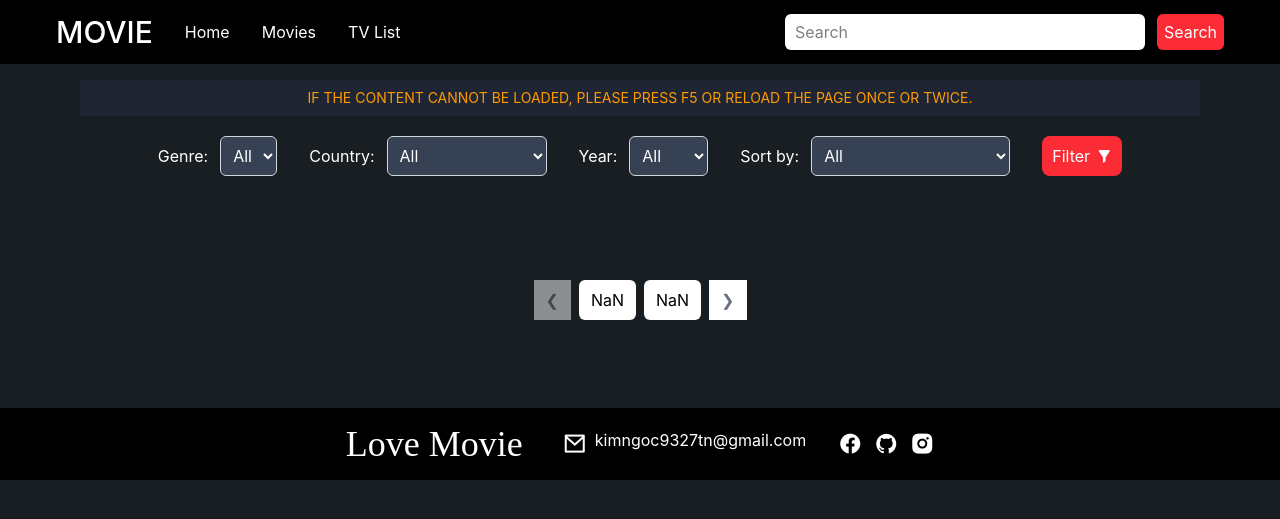
Repository: kimngoc9327/Love_Movie_Project
Page: /movieCategory
An editor plug-in stored every save of this project. The page is shown before and after the next save, followed by the edit.
The browser window is 1280 px wide. The pictures show the whole page.
The page's requests for data from a server got no answer. The project was rebuilt for these pictures with package versions that can differ from the ones it lists, and the page was loaded fresh each time. No one was signed in, and anything a server would have sent is missing. Also part of the build but not shown: vite.config.js, src/components/ui/VoteAverage.jsx, src/components/ui/MovieCard.jsx, src/components/ui/MovieList.jsx, src/components/ui/Banner.jsx, src/pages/Home.jsx, src/components/ui/PlayTrailerButton.jsx, src/utils/formatTime.jsx and 8 more.

Above is the page before, as saved 2025-03-30 00:14:23.

### index.html
<!DOCTYPE html>
<html lang="en">
  <head>
    <meta charset="UTF-8" />
    <link rel="icon" type="image/svg+xml" href="/love-movie-logo.ico" />
    <meta name="viewport" content="width=device-width, initial-scale=1.0" />
    <title>Love Movie</title>
  </head>
  <body>
    <div id="root"></div>
    <script type="module" src="/src/main.jsx"></script>
  </body>
</html>

### src/main.jsx
import { createRoot } from "react-dom/client";
import "./index.css";
import App from "./App.jsx";
import { store } from "./redux/store";
import { Provider } from "react-redux";
import { BrowserRouter } from "react-router-dom";
import ScrollToTop from "./components/ScrollToTop.jsx";

createRoot(document.getElementById("root")).render(
  <BrowserRouter>
    <ScrollToTop />
    <Provider store={store}>
      <App />
    </Provider>
  </BrowserRouter>
);

### src/index.css
@import "tailwindcss";
@import "remixicon/fonts/remixicon.css";

:root {
  font-family: Inter, system-ui, Avenir, Helvetica, Arial, sans-serif;
  background-color: #171c20fc;
}

/* a {
  font-weight: 500;
  color: #646cff;
  text-decoration: inherit;
}
a:hover {
  color: #535bf2;
}

body {
  margin: 0;
  display: flex;
  place-items: center;
  min-width: 320px;
  min-height: 100vh;
}

h1 {
  font-size: 3.2em;
  line-height: 1.1;
}

button {
  border-radius: 8px;
  border: 1px solid transparent;
  padding: 0.6em 1.2em;
  font-size: 1em;
  font-weight: 500;
  font-family: inherit;
  background-color: #1a1a1a;
  cursor: pointer;
  transition: border-color 0.25s;
}
button:hover {
  border-color: #646cff;
}
button:focus,
button:focus-visible {
  outline: 4px auto -webkit-focus-ring-color;
}

@media (prefers-color-scheme: light) {
  :root {
    color: #213547;
    background-color: #ffffff;
  }
  a:hover {
    color: #747bff;
  }
  button {
    background-color: #f9f9f9;
  }
} */

### src/App.jsx
import { Route, Routes } from "react-router-dom";
import publicRoutes from "./routes";
import DefaultLayout from "./components/layout/DefaultLayout";
import { Fragment } from "react";
function App() {
  return (
    <>
      <Routes>
        {publicRoutes.map((route, index) => {
          const Page = route.component;
          let Layout = DefaultLayout;
          if (route.layout) {
            Layout = route.layout;
          } else if (route.layout === null) {
            Layout = Fragment;
          }
          return (
            <Route
              key={index}
              path={route.path}
              element={
                <Layout>
                  <Page />
                </Layout>
              }
            />
          );
        })}
      </Routes>
    </>
  );
}

export default App;

### src/redux/store.jsx
import { createStore, applyMiddleware } from "redux";
import { rootReducer } from "./rootReducer";
import { thunk } from "redux-thunk";

const store = createStore(rootReducer, applyMiddleware(thunk));

export { store };

### src/components/ScrollToTop.jsx
import { useEffect } from "react";
import { useLocation } from "react-router-dom";

const ScrollToTop = () => {
  const { pathname, search } = useLocation(); // Lắng nghe cả pathname và search

  useEffect(() => {
    window.scrollTo({ top: 0, left: 0, behavior: "smooth" });
  }, [pathname, search]); // Khi pathname hoặc search thay đổi, cuộn lên đầu

  return null;
};

export default ScrollToTop;

### src/routes/index.jsx
import DefaultLayout from "../components/layout/DefaultLayout";
import Home from "../pages/Home";
import MovieCategory from "../pages/MovieCategory";
import Movie from "../pages/Movie";
import MovieGenre from "../pages/MovieGenre";
import SearchMovie from "../pages/SearchMovie";
// import SearchMovie from "../pages/SearchMovie";

const publicRoutes = [
  { path: "/", component: Home, layout: DefaultLayout },
  { path: "/genre", component: MovieGenre, layout: DefaultLayout },
  { path: "/movieCategory", component: MovieCategory, layout: DefaultLayout },
  { path: "/movie", component: Movie, layout: DefaultLayout },
  { path: "/search", component: SearchMovie, layout: DefaultLayout },
];

export default publicRoutes;

### src/components/layout/DefaultLayout.jsx
import Header from "./Header";
import Footer from "./Footer";
import PropTypes from "prop-types";

function DefaultLayout({ children }) {
  return (
    <div>
      <Header />
      <div>{children}</div>
      <Footer />
    </div>
  );
}

DefaultLayout.propTypes = {
  children: PropTypes.any,
};

export default DefaultLayout;

### src/redux/rootReducer.jsx
import { combineReducers } from "redux";
import movieReducer from "./reducer/movieReducer";

export const rootReducer = combineReducers({
  movieReducer,
});

### src/pages/MovieCategory.jsx
import { useEffect, useState } from "react";
import { useDispatch, useSelector } from "react-redux";
import { useLocation, useNavigate } from "react-router-dom";
import { getMovies } from "../redux/actions/movieActions";
import MovieCard from "../components/ui/MovieCard";
import { POSTER_PATH } from "../constants/constants";
import PaginationButton from "../components/ui/PaginationButton";
import MovieFilterBar from "../components/ui/MovieFilterBar";
import Notice from "../components/ui/Notice";

function MovieCategory() {
  const dispatch = useDispatch();
  const location = useLocation();
  const navigate = useNavigate();
  const queryParams = new URLSearchParams(location.search);
  const category = queryParams.get("category");
  const movies = useSelector((state) => state.movieReducer.movies[category]);
  const [page, setPage] = useState(1);

  useEffect(() => {
    if (category) {
      const params = {
        page: page,
      };
      dispatch(getMovies(category, params));
    }
  }, [dispatch, category, page]);

  const totalPages = movies?.total_pages;

  const handleSelectMovie = (id) => {
    navigate(`/movie?id=${id}`);
  };

  return (
    <div className="m-20">
      <Notice />
      <div className="flex flex-col items-center mt-5">
        <MovieFilterBar />
        <div className="grid grid-cols-4 gap-8  my-12">
          {movies?.results
            ?.filter((movie) => movie.title && movie.poster_path)
            .map((movie) => (
              <div onClick={() => handleSelectMovie(movie?.id)} key={movie.id}>
                <MovieCard
                  title={movie?.title}
                  poster={POSTER_PATH + movie?.poster_path}
                  vote={Number(movie?.vote_average.toFixed(2))}
                />
              </div>
            ))}
        </div>
        <PaginationButton
          currentPage={page}
          onPageChange={setPage}
          totalPages={totalPages}
        />
      </div>
    </div>
  );
}

export default MovieCategory;

### src/components/layout/Header.jsx
import { Link } from "react-router-dom";
import MovieDropdown from "../ui/MovieDropdown";
import SearchInput from "../ui/SearchInput";

const Header = () => {
  return (
    <div className="flex fixed z-50 w-screen top-0 items-center text-white p-[24px] h-[64px] bg-black">
      <div className="flex space-x-8 items-center ml-8">
        <Link to="/">
          <p className="hover:text-red-500 font-medium text-3xl">MOVIE</p>
        </Link>
        <Link to="/">
          <p className="hover:text-red-500 text-base">Home</p>
        </Link>
        <MovieDropdown />
        <p className="hover:text-red-500  text-base">TV List</p>
      </div>
      <SearchInput />
    </div>
  );
};

export default Header;

### src/components/layout/Footer.jsx
function Footer() {
  return (
    <div className="flex space-x-10 mt-12 p-4 items-center justify-center text-white bg-black">
      <p className="font-[fantasy] text-4xl ">Love Movie</p>
      <div className="flex space-x-8">
        <div className="space-y-3">
          <div className="flex space-x-2">
            <i className="ri-mail-line text-2xl"></i>{" "}
            <p>kimngoc9327tn@gmail.com</p>
          </div>
        </div>
        <div className="flex space-x-3">
          <i className="ri-facebook-circle-fill  text-2xl"></i>
          <i className="ri-github-fill  text-2xl"></i>
          <i className="ri-instagram-fill  text-2xl"></i>
        </div>
      </div>
    </div>
  );
}

export default Footer;

### src/redux/reducer/movieReducer.jsx
import {
  GET_GENRE_MOVIE,
  GET_MOVIE,
  GET_MOVIE_COLLECTION,
  GET_MOVIE_DISCOVER,
  GET_MOVIES,
  GET_RECOMMENDATIONS,
  SEARCH_MOVIE,
} from "../types";

const initialState = {
  movies: {},
  genres: {},
  search: {},
  recommendations: {},
  collection: null,
  currentMovie: null,
};

const movieReducer = (state = initialState, action) => {
  switch (action.type) {
    case GET_MOVIES:
      return {
        ...state,
        movies: { ...state.movies, [action.category]: action.payload },
      };
    case GET_MOVIE_DISCOVER:
      return { ...state, movies: action.payload };
    case GET_MOVIE_COLLECTION:
      return { ...state, collection: action.payload };
    case GET_GENRE_MOVIE:
      return { ...state, genres: action.payload };
    case GET_RECOMMENDATIONS:
      return { ...state, recommendations: action.payload };
    case SEARCH_MOVIE:
      return { ...state, search: action.payload };
    case GET_MOVIE:
      return { ...state, currentMovie: action.payload };
    default:
      return state;
  }
};

export default movieReducer;

### src/redux/actions/movieActions.jsx
import axios from "axios";
import {
  GET_MOVIES,
  GET_MOVIE,
  GET_MOVIE_DISCOVER,
  GET_GENRE_MOVIE,
  GET_MOVIE_COLLECTION,
  SEARCH_MOVIE,
  GET_RECOMMENDATIONS,
} from "../types";
import { AUTH_TOKEN, BASE_URL } from "../../constants/constants";

const getMovies =
  (category, params = {}) =>
  async (dispatch) => {
    try {
      const response = await axios.get(`${BASE_URL}/movie/${category}`, {
        headers: {
          Authorization: `Bearer ${AUTH_TOKEN}`,
        },
        params: {
          ...params,
        },
      });

      dispatch({ type: GET_MOVIES, payload: response.data, category });
    } catch (error) {
      console.error(error);
    }
  };

const getMovieDiscover =
  (params = {}) =>
  async (dispatch) => {
    try {
      const response = await axios.get(`${BASE_URL}/discover/movie`, {
        headers: {
          Authorization: `Bearer ${import.meta.env.VITE_API_TOKEN}`,
        },
        params: {
          ...params,
        },
      });

      dispatch({ type: GET_MOVIE_DISCOVER, payload: response.data });
    } catch (error) {
      console.log(error);
    }
  };

const getGenreMovie = () => async (dispatch) => {
  try {
    const response = await axios.get(`${BASE_URL}/genre/movie/list`, {
      headers: {
        Authorization: `Bearer ${AUTH_TOKEN}`,
      },
    });

    dispatch({ type: GET_GENRE_MOVIE, payload: response.data });
  } catch (error) {
    console.log(error);
  }
};

const getMovieCollection = (id) => async (dispatch) => {
  try {
    const response = await axios.get(`${BASE_URL}/collection/${id}`, {
      headers: {
        Authorization: `Bearer ${AUTH_TOKEN}`,
      },
    });
    dispatch({ type: GET_MOVIE_COLLECTION, payload: response.data });
  } catch (error) {
    console.log(error);
  }
};

const getRecommendations = (id) => async (dispatch) => {
  try {
    const response = await axios.get(
      `${BASE_URL}/movie/${id}/recommendations`,
      {
        headers: {
          Authorization: `Bearer ${AUTH_TOKEN}`,
        },
      }
    );
    dispatch({ type: GET_RECOMMENDATIONS, payload: response.data });
  } catch (error) {
    console.log(error);
  }
};

const searchMovie =
  (params = {}) =>
  async (dispatch) => {
    try {
      const response = await axios.get(`${BASE_URL}/search/movie`, {
        headers: {
          Authorization: `Bearer ${AUTH_TOKEN}`,
        },
        params: {
          ...params,
        },
      });

      dispatch({ type: SEARCH_MOVIE, payload: response.data });
    } catch (error) {
      console.log(error);
    }
  };

const getMovie = (id) => async (dispatch) => {
  try {
    const response = await axios.get(`${BASE_URL}/movie/${id}`, {
      headers: {
        Authorization: `Bearer ${AUTH_TOKEN}`,
      },
      params: {
        append_to_response: "videos,translations,casts",
        language: "en-US",
      },
    });

    dispatch({ type: GET_MOVIE, payload: response.data });
  } catch (error) {
    console.log(error);
  }
};

export {
  getMovies,
  getMovie,
  getMovieDiscover,
  getGenreMovie,
  getMovieCollection,
  getRecommendations,
  searchMovie,
};

### src/constants/constants.jsx
export const API_KEY = import.meta.env.VITE_API_KEY;
export const AUTH_TOKEN = import.meta.env.VITE_API_TOKEN;
export const DEFAULT_IMAGE =
  "https://www.themoviedb.org/assets/2/v4/glyphicons/basic/glyphicons-basic-38-picture-grey-c2ebdbb057f2a7614185931650f8cee23fa137b93812ccb132b9df511df1cfac.svg";
export const POSTER_PATH = `https://image.tmdb.org/t/p/w500`;
export const BACKDROP_PATH = `https://image.tmdb.org/t/p/original`;
export const BASE_URL = `https://api.themoviedb.org/3`;

### src/components/ui/PaginationButton.jsx
import PropTypes from "prop-types";

const PaginationButton = ({ currentPage, totalPages, onPageChange }) => {
  const getPageNumbers = () => {
    const pages = [];
    const maxPages = Math.min(totalPages, 500);

    if (maxPages <= 6) {
      for (let i = 1; i <= maxPages; i++) pages.push(i);
    } else {
      if (currentPage > 1) pages.push(1, "...");

      if (currentPage < maxPages - 1) {
        pages.push(currentPage);
        if (currentPage + 1 <= maxPages) pages.push(currentPage + 1);
        if (currentPage + 2 <= maxPages) pages.push(currentPage + 2);
      }

      if (currentPage < maxPages - 2) pages.push("...");

      pages.push(maxPages - 1, maxPages);
    }

    return pages;
  };

  return (
    <div className="flex items-center space-x-2 rounded-md px-4 py-2">
      <button
        className={`px-3 py-2 bg-white text-gray-500 hover:cursor-pointer ${
          currentPage === 1
            ? "opacity-50 cursor-not-allowed"
            : "hover:bg-gray-200"
        }`}
        disabled={currentPage === 1}
        onClick={() => onPageChange(currentPage - 1)}
      >
        ❮
      </button>

      {getPageNumbers().map((page, index) =>
        page === "..." ? (
          <span key={index} className="px-3 py-2 text-gray-500 ">
            ...
          </span>
        ) : (
          <button
            key={index}
            className={`px-3 py-2 bg-white rounded-md hover:cursor-pointer ${
              currentPage === page
                ? "!bg-indigo-600 text-white"
                : "hover:bg-gray-200"
            }`}
            onClick={() => onPageChange(page)}
          >
            {page}
          </button>
        )
      )}

      <button
        className={`px-3 py-2 bg-white text-gray-500 hover:cursor-pointer ${
          currentPage === totalPages
            ? "opacity-50 cursor-not-allowed"
            : "hover:bg-gray-200"
        }`}
        disabled={currentPage === totalPages}
        onClick={() => onPageChange(currentPage + 1)}
      >
        ❯
      </button>
    </div>
  );
};

PaginationButton.propTypes = {
  currentPage: PropTypes.any,
  onPageChange: PropTypes.any,
  totalPages: PropTypes.any,
};

export default PaginationButton;

### src/components/ui/Notice.jsx
function Notice() {
  return (
    <div className="bg-[#202533] p-2">
      <p className="text-amber-500 text-center text-sm">
        IF THE CONTENT CANNOT BE LOADED, PLEASE PRESS F5 OR RELOAD THE PAGE ONCE
        OR TWICE.
      </p>
    </div>
  );
}

export default Notice;

### src/components/ui/MovieDropdown.jsx
import { Menu, MenuButton, MenuItem, MenuItems } from "@headlessui/react";
import { useEffect, useState } from "react";
import { useDispatch, useSelector } from "react-redux";
import {
  getGenreMovie,
  getMovieDiscover,
} from "../../redux/actions/movieActions";
import { useNavigate } from "react-router-dom";

function MovieDropdown() {
  const [isOpen, setIsOpen] = useState(false);
  const dispatch = useDispatch();
  const navigate = useNavigate();
  const genres = useSelector((state) => state.movieReducer.genres);

  useEffect(() => {
    dispatch(getGenreMovie());
  }, [dispatch]);

  const handleGenreSelect = (genreId) => {
    dispatch(getMovieDiscover(genreId));
    navigate(`/genre?genre=${genreId}`);
    setIsOpen(false);
  };

  return (
    <div className="relative" onMouseUp={() => setIsOpen(true)}>
      <Menu>
        <MenuButton className="hover:text-red-500 text-base">Movies</MenuButton>
        {isOpen && (
          <MenuItems className="grid grid-cols-3 gap-4 absolute left-0 mt-2 w-150 p-2 origin-top-right rounded-md bg-black ring-1 z-40 focus:outline-none">
            {genres?.genres?.map((genre, index) => (
              <MenuItem
                id={genre.id}
                key={index}
                as="div"
                className="px-4 py-2 text-white hover:bg-gray-700 cursor-pointer"
                onClick={() => handleGenreSelect(genre.id)}
              >
                {genre.name}
              </MenuItem>
            ))}
          </MenuItems>
        )}
      </Menu>
    </div>
  );
}

export default MovieDropdown;

### src/components/ui/SearchInput.jsx
import { useEffect, useState, useRef } from "react";
import { useLocation, useNavigate } from "react-router-dom";
import { AUTH_TOKEN, BASE_URL, POSTER_PATH } from "../../constants/constants";
import axios from "axios";

function SearchInput() {
  const navigate = useNavigate();
  const location = useLocation();
  const [query, setQuery] = useState("");
  const [showResults, setShowResults] = useState(false);

  const resultsRef = useRef(null);

  const [suggestions, setSuggestions] = useState([]); // Thêm state cục bộ để lưu kết quả gợi ý

  useEffect(() => {
    if (query.trim() === "") {
      setSuggestions([]);
      return;
    }

    const timer = setTimeout(async () => {
      try {
        const response = await axios.get(`${BASE_URL}/search/movie`, {
          headers: {
            Authorization: `Bearer ${AUTH_TOKEN}`,
          },
          params: {
            query: query,
            include_adult: false,
            language: "en-US",
            page: 1,
          },
        });

        setSuggestions(response.data);
        setShowResults(true);
      } catch (error) {
        console.error("Lỗi khi tìm kiếm phim:", error);
        setSuggestions([]);
      }
    }, 500);

    return () => clearTimeout(timer);
  }, [query]);

  useEffect(() => {
    setShowResults(false);
  }, [location.pathname, location.search]);

  useEffect(() => {
    function handleClickOutside(event) {
      if (resultsRef.current && !resultsRef.current.contains(event.target)) {
        setShowResults(false);
      }
    }

    document.addEventListener("mousedown", handleClickOutside);
    return () => document.removeEventListener("mousedown", handleClickOutside);
  }, []);

  const handleSearch = (e) => {
    e.preventDefault();
    navigate(`/search?query=${query}`);
  };

  const handleSelectMovie = (id) => {
    navigate(`/movie?id=${id}`);
    setShowResults(false);
    setQuery("");
  };

  return (
    <>
      <form
        onSubmit={handleSearch}
        className="ml-auto mr-8 flex items-center space-x-3 relative"
      >
        <input
          className="h-[36px] w-90 text-black pl-[10px] bg-white rounded-md"
          placeholder="Search"
          value={query || ""}
          onChange={(e) => setQuery(e.target.value)}
        />
        <button
          type="submit"
          className="bg-red-500 px-[7px] h-[36px] text-center rounded-md"
        >
          Search
        </button>

        {showResults && suggestions?.results?.length > 0 && (
          <div
            ref={resultsRef}
            className="absolute w-90 top-14 bg-black text-white mt-2 rounded-md shadow-lg p-2"
          >
            {suggestions?.results?.slice(0, 8).map((movie, index) => (
              <div
                onClick={() => handleSelectMovie(movie?.id)}
                key={index}
                className="p-2 cursor-pointer hover:bg-gray-800 flex space-x-4 items-center"
              >
                <img
                  src={POSTER_PATH + movie.poster_path}
                  className="object-cover w-10 h-10"
                />
                <span className="text-gray-300">{movie.title}</span>
              </div>
            ))}
          </div>
        )}
      </form>
    </>
  );
}

export default SearchInput;

### src/redux/types.jsx
export const GET_MOVIES = "GET_MOVIES";
export const GET_MOVIE = "GET_MOVIE";
export const GET_GENRE_MOVIE = "GET_GENRE_MOVIE";
export const GET_MOVIE_DISCOVER = "GET_MOVIE_DISCOVER";
export const GET_MOVIE_COLLECTION = "GET_MOVIE_COLLECTION";
export const GET_RECOMMENDATIONS = "GET_RECOMMENDATIONS";
export const SEARCH_MOVIE = "SEARCH_MOVIE";

Loaded but not shown: src/components/ui/MovieFilterBar.jsx (181 lines, source omitted)

After the next save:
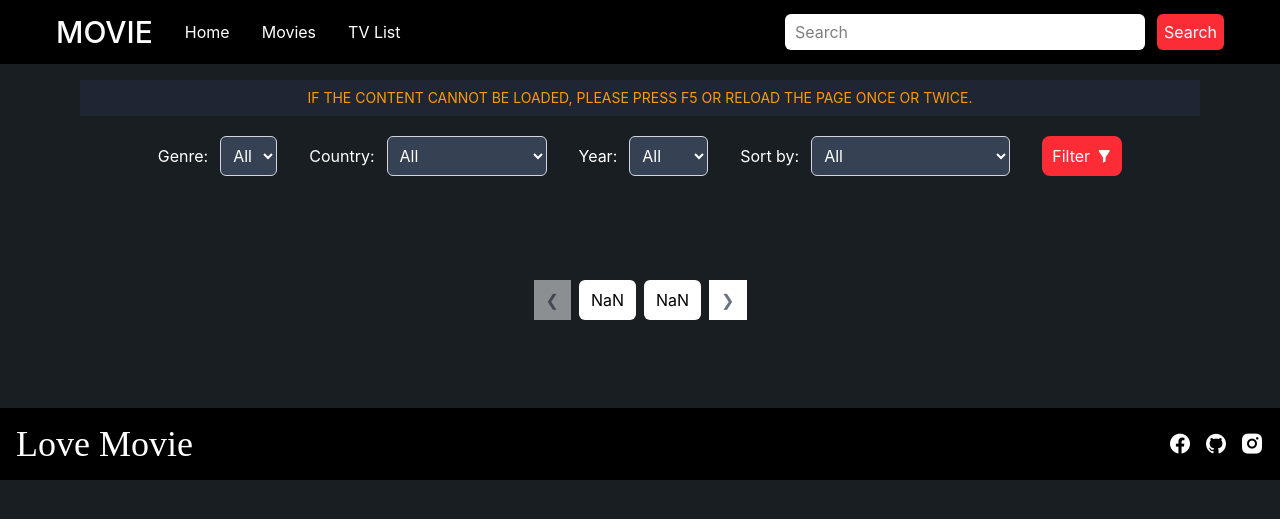
Saved 36 s later.
--- a/src/components/layout/Footer.jsx
+++ b/src/components/layout/Footer.jsx
@@ -1,19 +1,12 @@
 function Footer() {
   return (
-    <div className="flex space-x-10 mt-12 p-4 items-center justify-center text-white bg-black">
+    <div className="flex space-x-10 mt-12 p-4 items-center justify-between text-white bg-black">
       <p className="font-[fantasy] text-4xl ">Love Movie</p>
-      <div className="flex space-x-8">
-        <div className="space-y-3">
-          <div className="flex space-x-2">
-            <i className="ri-mail-line text-2xl"></i>{" "}
-            <p>kimngoc9327tn@gmail.com</p>
-          </div>
-        </div>
-        <div className="flex space-x-3">
-          <i className="ri-facebook-circle-fill  text-2xl"></i>
-          <i className="ri-github-fill  text-2xl"></i>
-          <i className="ri-instagram-fill  text-2xl"></i>
-        </div>
+
+      <div className="flex space-x-3">
+        <i className="ri-facebook-circle-fill  text-2xl"></i>
+        <i className="ri-github-fill  text-2xl"></i>
+        <i className="ri-instagram-fill  text-2xl"></i>
       </div>
     </div>
   );
